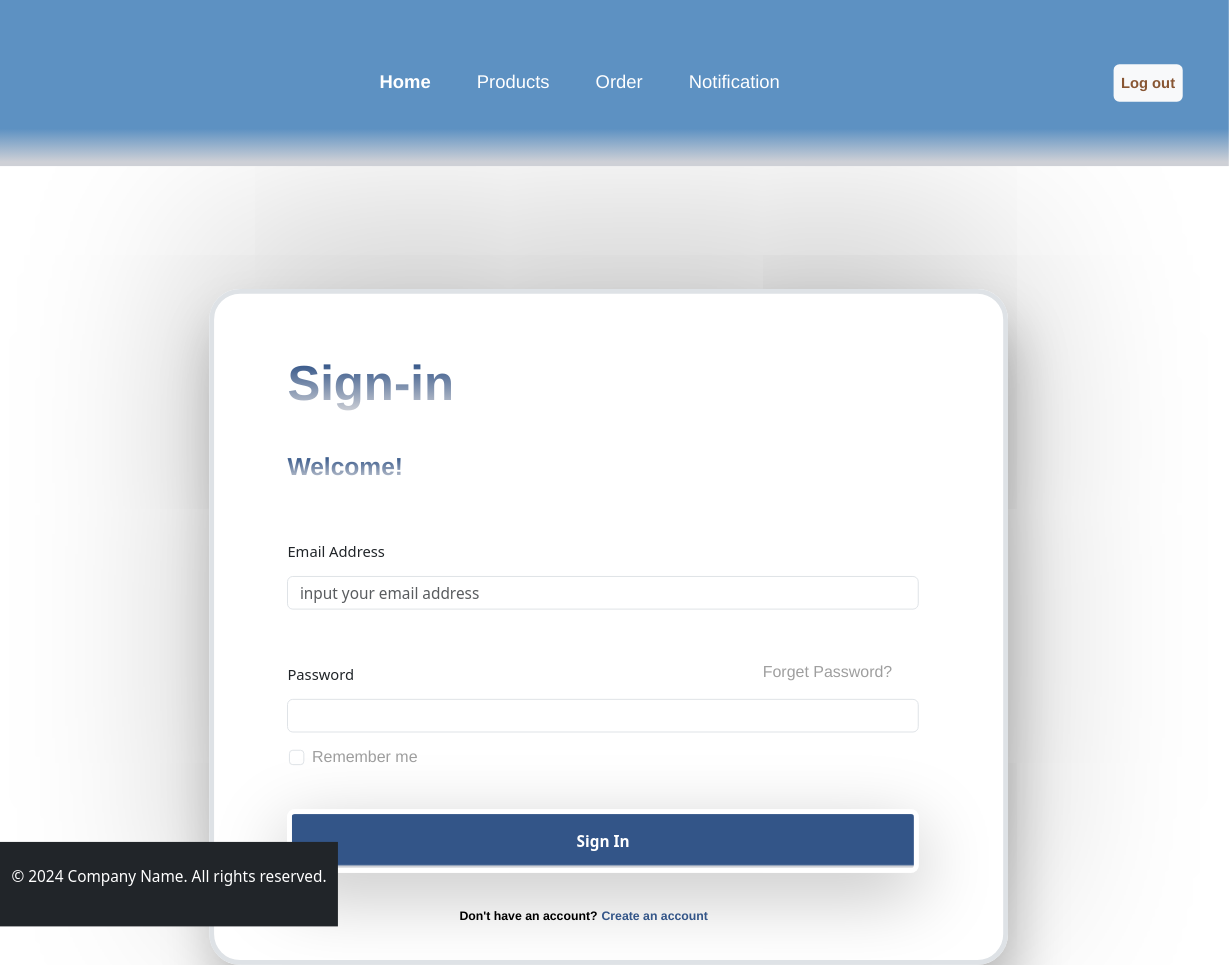
Repository: OVictor21/inventory
Page: /
These files come from the project's save history. The page is drawn as it stood at one moment and after a run of saves; the edit follows.
The browser window is 1280 px wide. The pictures show the whole page, at 96% of full size.
The project was rebuilt for these pictures with package versions that can differ from the ones it lists, and the page was loaded fresh each time.

Above is the page before, as saved 2024-12-14 09:55:17.

After the next 3 saves:
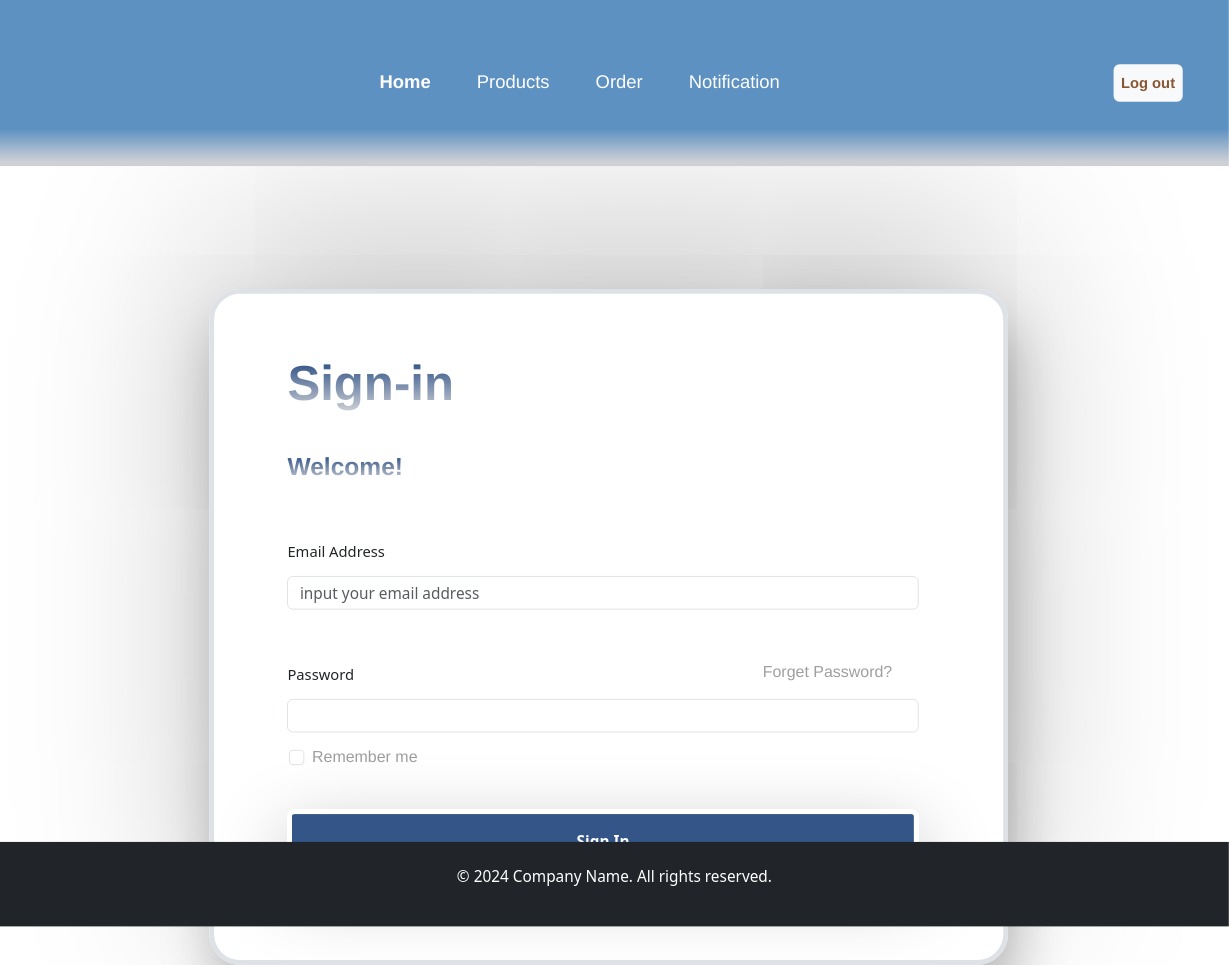
The 3 saves are shown as one change because they came seconds apart.
The last was saved 16 s later.
--- a/src/body.js
+++ b/src/body.js
@@ -32,7 +32,7 @@ const Body = () => {
 
     </form>
 
-    <footer className="bg-dark text-white py-4 mt-auto position-absolute">
+    <footer className="bg-dark text-white py-4 mt-auto position-relative">
       <div className="container">
           <div className="col-12 text-center">
             <p>&copy; 2024 Company Name. All rights reserved.</p>
